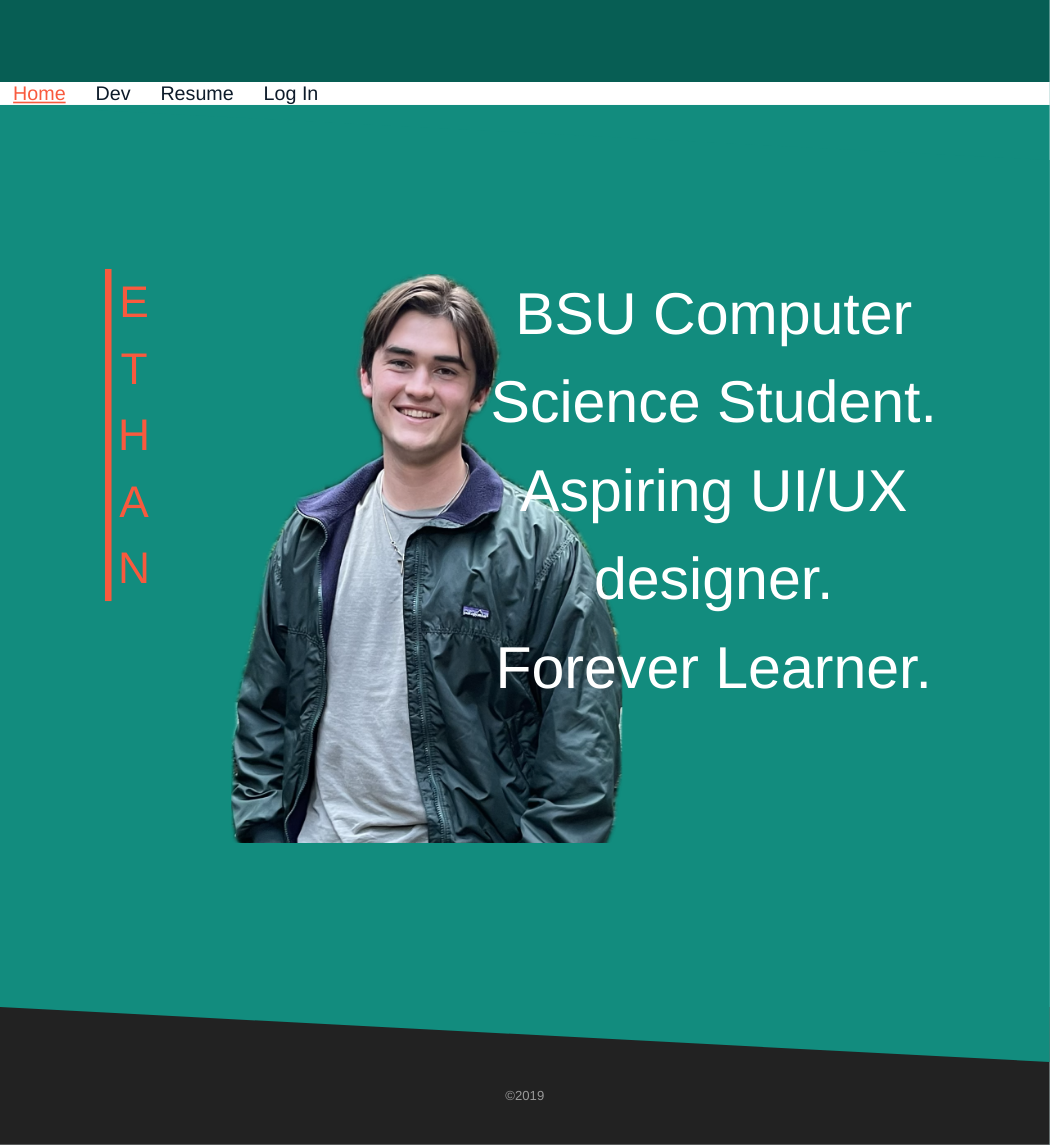
Repository: eghere-bsu/ethanghere-website
Page: http://localhost/home.php
The author's editor kept a copy of each file at every save. The page is drawn from the files as they stood at one save, then again after the next save.
The browser window is 1280 px wide. The pictures show the whole page, at 82% of full size.
The page is run by PHP 8.4 with error messages shown; the project is at /var/www/html/.

Above is the page before, as saved 2023-11-06 20:36:39.

After the next save:
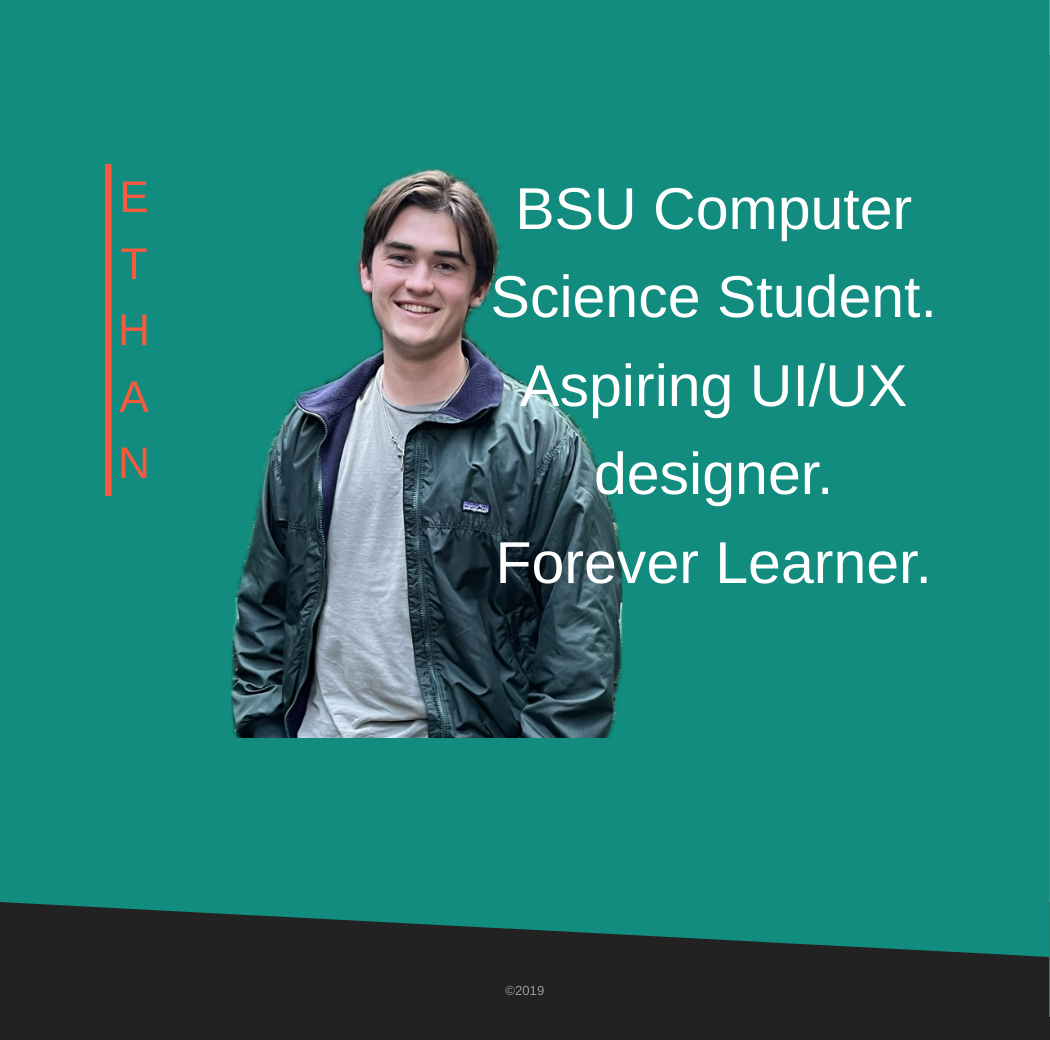
Saved 10 s later.
--- a/home.php
+++ b/home.php
@@ -1,6 +1,5 @@
 <?php
    $page = 'home';
-   require_once 'navbar.php';
 ?>
 
 <head>
